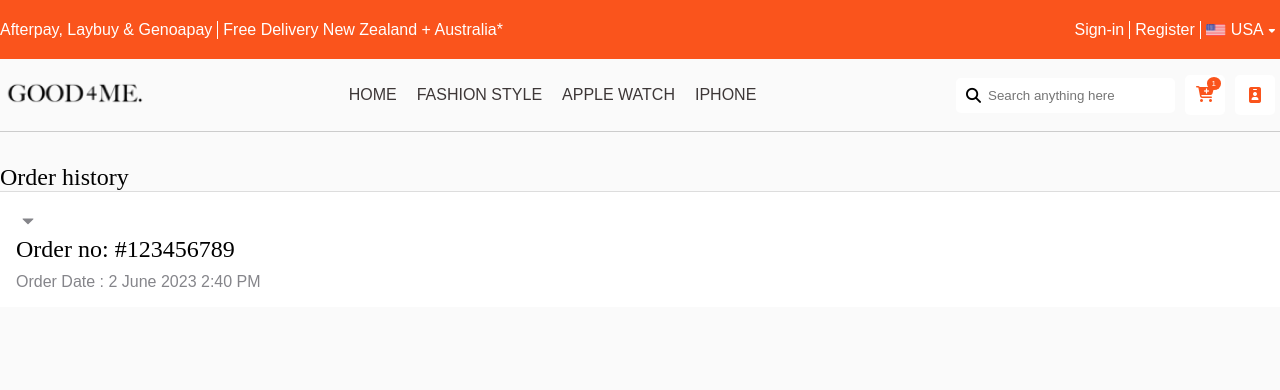
Repository: Ngoc28/Shoppe-web
Page: html/history.html
The author's editor kept a copy of each file at every save. The page is drawn from the files as they stood at one save, then again after the next save.
The browser window is 1280 px wide. The pictures show the whole page.
Some web fonts or font styles are not loaded; a fallback is used.

Above is the page before, as saved 2023-08-08 22:50:14.

### html/history.html
<!DOCTYPE html>
<html lang="en">
<head>
    <meta charset="UTF-8">
    <meta name="viewport" content="width=device-width, initial-scale=1.0">
    <title>Order History</title><link rel="stylesheet" href="../accest/css/base.css">
    <link rel="stylesheet" href="../accest/css/history.css">
    <link rel="stylesheet" href="https://cdnjs.cloudflare.com/ajax/libs/font-awesome/6.4.2/css/all.min.css"
        integrity="sha512-z3gLpd7yknf1YoNbCzqRKc4qyor8gaKU1qmn+CShxbuBusANI9QpRohGBreCFkKxLhei6S9CQXFEbbKuqLg0DA=="
        crossorigin="anonymous" referrerpolicy="no-referrer" />
</head>
<body>
    <header>
        <div class="header-top">
            <div class="header-info wide">
                <div class="header-info-dis">
                    <p class="header-info-country">Afterpay, Laybuy & Genoapay</p>
                    <div class="boder-r"></div>
                    <p class="header-info-country">Free Delivery New Zealand + Australia*</p>
                </div>
                <div class="header-info-user">
                    <div class="header-authen">
                        <p class="btn-sign">Sign-in</p>
                        <div class="boder-r"></div>
                        <p class="btn-register">Register</p>
                        <div class="boder-r"></div>
                    </div>
                    <div class="header-contry">
                        <img src="../accest/image/co.png" alt="" width="20px" , height="12px">
                        <p class="btn-country">
                            USA
                            <i class="fa-solid fa-caret-down"></i>
                        </p>
                    </div>
                </div>
            </div>
        </div>
        <div class="header-bot">
            <div class="header-nav wide">
                <div class="header-logo">
                    <img src="../accest/image/Logo_-_Good4Me_140x 1.png" alt="">
                </div>
                <div class="header-navbar">
                    <ul class="nav-link">
                        <li class="nav-item"><a href="/index.html">Home</a></li>
                        <li class="nav-item"><a href="">Fashion style</a></li>
                        <li class="nav-item"><a href="#">Apple watch</a></li>
                        <li class="nav-item"><a href="">Iphone</a></li>
                    </ul>
                </div>
                <div class="header-choose">
                    <label for="search" class="header-search">
                        <i class="fa-solid fa-magnifying-glass"></i>
                        <input type="text" placeholder="Search anything here" id="search">
                    </label>
                    <div class="header-cart">
                        <a href="../html/cart.html"><i class="fa-solid fa-cart-plus"></i></a>

                        <div class="cart-number">
                            <span>1</span>
                        </div>
                    </div>
                    <div class="header-contact">
                        <i class="fa-solid fa-id-badge"></i>
                    </div>
                </div>
            </div>
        </div>
    </header>
    <div class="container wide">
        <div class="container-detail">
            <div class="container-heading">
                <p>Order history</p>
            </div>
            <div class="line"></div>
            <div class="container-block">
                <div class="container-order">
                    <div class="container-order-top">
                        <img src="../accest/image/icon.svg" alt="">
                        <p>Order no: #123456789</p>
                    </div>
                    <p>Order Date : 2 June 2023 2:40 PM </p>
                </div>
            </div>
        </div>
    </div>
</body>
</html>

### accest/css/base.css
@font-face{font-family:gilroy-bold;font-style:normal;font-weight:400;src:local('Gilroy-Bold'),url(https://fonts.cdnfonts.com/s/16219/Gilroy-Bold.woff) format('woff')}@font-face{font-family:gilroy-heavy;font-style:normal;font-weight:400;src:local('Gilroy-Heavy'),url(https://fonts.cdnfonts.com/s/16219/Gilroy-Heavy.woff) format('woff')}@font-face{font-family:gilroy-light;font-style:normal;font-weight:400;src:local('Gilroy-Light'),url(https://fonts.cdnfonts.com/s/16219/Gilroy-Light.woff) format('woff')}@font-face{font-family:gilroy-medium;font-style:normal;font-weight:400;src:local('Gilroy-Medium'),url(https://fonts.cdnfonts.com/s/16219/Gilroy-Medium.woff) format('woff')}@font-face{font-family:gilroy-regular;font-style:normal;font-weight:400;src:local('Gilroy-Regular'),url(https://fonts.cdnfonts.com/s/16219/Gilroy-Regular.woff) format('woff')}

*{
    padding: 0;
    margin: 0;
    box-sizing: border-box;
}

:root {
    --main-color: #FA541C;
    --footer-color: #FFF8F6;
    --white-color: #FFFF;
    --text-color: #3D3737;
    --gray-text:#85858A;
    --gray-background: #DDDDDD;
    --main-background: #FAFAFA;
}

.wide{
    width: 1280px;
}

html {
    font-family: gilroy-regular, sans-serif;
}

body {
    background: var(--main-background);
}
/* header */

.header-top {
    background: var(--main-color);
    display: flex;
    justify-content: center;
    align-items: center;
    width: 100%;
    height: 100%;
    height: 59px;
}

.header-info {
    display: flex;
    justify-content: space-between;
}

.header-info-dis {
    display: flex;
}

.header-info-country {
    font-size: 16px;
    font-weight: 300;
    color: var(--white-color);
}

.boder-r {
    border-right: 1px solid #fff;
    margin: 0 5px;
}

.header-authen {
    display: flex;
}

.header-info-user {
    display: flex;

}

.btn-sign,
.btn-register {
    border: none;
    background-color: var(--main-color);
    color: var(--white-color);
    font-size: 16px;
    font-weight: 200;
    cursor: pointer;
}


.header-contry {
    display: flex;
    align-items: center;
}

.btn-country {
    border: none;
    background: var(--main-color);
    color: var(--white-color);
    font-size: 16px;
    font-weight: 300;
    text-transform: uppercase;
    padding: 0 5px;
    display: flex;
    align-items: center;
    cursor: pointer;
}

.btn-country i {
    padding-left:5px ;
    font-size: 10px;
    color: var(--white-color);
}

/* NAVBAR */
.header-bot {
    display: flex;
    justify-content: center;
    /* margin: 0 auto; */
    width: 100%;
    /* height: 100%;      */
    border-bottom: 1px solid #ccc ;
    /* background: var(--gray-background); */
}

.header-logo img {
    object-fit: cover;
}

.header-nav {
    height: 72px;
    display: flex;
    align-items: center;
    justify-content: space-between;
}

.nav-link {
    display: flex;

}

.nav-item {
    list-style: none;
}

.nav-item a {
    text-decoration: none;
    color: var(--text-color);
    font-size: 16px;
    font-weight: 600px;
    padding: 0 10px;
    text-transform: uppercase;
}

.nav-item a:hover {
    color: var(--main-color);
}

.header-choose {
    display: flex;
    align-items: center;
    border-radius: 5px;

}

.header-search {
    background: var(--white-color);
    padding: 10px;
    display: flex;
    align-items: center;
    justify-content: center;
    border-radius: 5px;
    margin-right: 5px;
}

.header-search input {
    border: none;
    outline: none;

}

.header-search i {
    font-size: 15px;
    margin-right: 7px;
}

.header-cart,
.header-contact {
    background: var(--white-color);
    /* padding: 10px; */
    border-radius: 5px;
    margin: 0 5px;
    width: 40px;
    height: 40px;
    display: flex;
    justify-content: center;
    align-items: center;
    cursor: pointer;
}

.header-cart:hover,
.header-contact:hover {
    opacity: .8;
}

.header-cart {
    position: relative;
}

.header-cart i,
.header-contact i {
    color: var(--main-color);
}

.cart-number {
    position: absolute;
    top: -3px;
    right: 4px;
    z-index: 1;
    /* width: 30px;
    height: 30px; */
}
.cart-number span {
    padding: 2px 5px;
    font-size: 8px;
    border-radius: 50%;
    background: var(--main-color);
    color: var(--white-color);
}

/* product */

.component {
    display: flex;
    flex-direction: column;
    margin: 32px auto 0;
}

.product {
    margin: 32px 0;
    display: flex;
    flex-wrap: wrap;
    gap: 32px;
}


.product-item {
    background: var(--white-color);
    display: flex;
    padding: 10px;
    flex: 1;
    border-radius: 8px;
}

.product-info {
    display: flex;
    flex-direction: column;
    gap: 16px;
    margin: auto 0;
}

.product-img {
    margin-right: 10px;
}

.product-img img {
    object-fit: cover;
}

.product-info-title {
    display: flex;
    justify-content: space-between;
}

.product-info-title p {
    font-family: gilroy-medium;
    font-size: 16px;
}

.product-info-title button {
    border: none;
    background: #F6FFED;
    color: #389E0D;
    padding: 5px;
}

.product-info-text p {
    font-size: 16px;
}

.product-info-color {
    display: flex;
}

.product-info-color p {
    font-size: 16px;
    margin-right: 5px;
}

.product-choose-color {
    display: flex;
    background-color: var(--gray-background);
    border-radius: 6px;
    padding: 3px;
}

.product-choose-white{
    margin-right: 5px;
    padding: 1px 8px;
    background: var(--white-color);
    border-radius: 50%;
}

.product-choose-black{
    margin-right: 5px;
    padding: 1px 8px;
    background: #000;
    border-radius: 50%;
}

.product-choose-vio{
    margin-right: 5px;

    padding: 1px 8px ;
    background: #304A23;
    border-radius: 50%;
}

.product-choose-red{
    padding: 1px 8px;
    background: #AF0303;
    border-radius: 50%;
}

.product-info-status {
    display: flex;
}

.product-info-status p{
    font-size: 16px;
    color: var(--text-color);
    margin-right: 5px;
}

.product-info-status span {
    color: #389E0D;
}

.product-info-price {
    display: flex;
    justify-content: space-between;
    align-items: center;
}

.product-info-price span{
    font-family: gilroy-medium;
    font-size: 16px;
}

.add-cart {
    width: 130px;
    padding: 8px;
    color: var(--white-color);
    font-size: 16px;
    border: none;
    background-color: var(--main-color);
    border-radius: 3px;
    cursor: pointer;
}

.add-cart:hover {
    background-color: #ec5623;
}

.add-cart i {
    padding-right: 5px ;
}

/* footer */
footer {
    padding: 32px 0;
    background: var(--footer-color);
}


.footer-top {
    display: flex;
    gap: 40px;
    margin: 0 auto 32px;
}

.text {
    flex: 1;
    display: flex;
    flex-direction: column;
    gap: 16px;
}

.footer-logo img {
    object-fit: cover;
}


.footer-item p {
    font-family: gilroy-medium;
    font-size: 20px;
    text-transform: uppercase;
}

.text p {
    font-size: 16px;
}

.line-footer {
    width: 1280px;
    border-bottom: 1px solid var(--text-color);
    margin: 0 auto 32px;

}

.footer-bot {
    display: flex;
    justify-content: space-between;
    margin: 0 auto;
}

.footer-bot-text p {
    font-size: 16px;
}

.footer-bot-text p span {
    font-family: gilroy-medium;
    color: var(--main-color);
    text-transform: uppercase;
}

.footer-bot-social i{
    font-size: 15px;
    margin: 0 5px;
    cursor: pointer;
}

.footer-bot-social i:hover {
    color: #837e7e;
}

### accest/css/history.css
.container {
    margin: 0  auto;
}

.container-block {
    background: #FFFFFF;

}

.container-heading {
    margin: 32px 0 0;
}

.container-heading p {
    font-family: gilroy-medium;
    font-size: 24px;
}

.container-order {
    display: flex;
    flex-direction: column;
    gap: 10px;
    padding: 16px;
}

.container-order > p {
    font-size: 16px;
    color: #85858A;
}

.container-order img {
    object-fit: cover;
}

.container-order-top p {
    font-family: gilroy-medium;
    font-size: 24px;
}

.line {
    border-bottom: 1px solid #ddd;
}

After the next save:
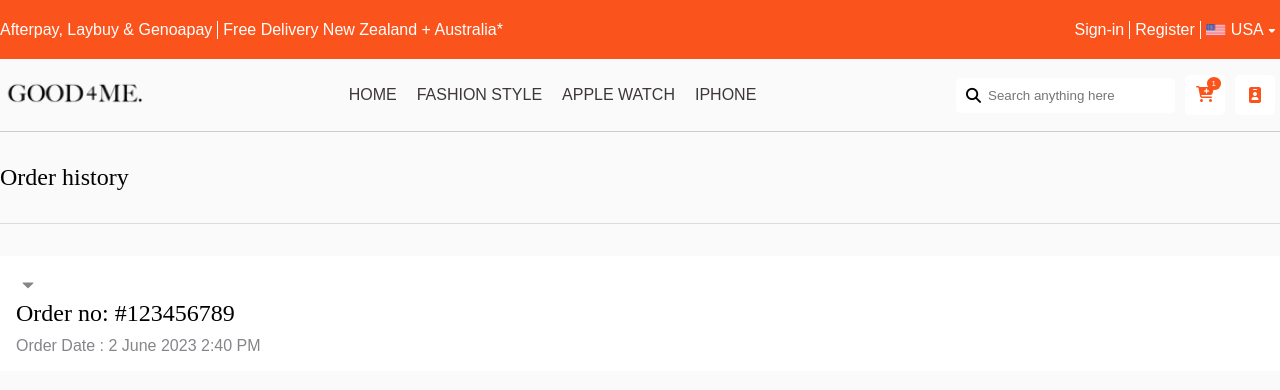
Saved 8 s later.
--- a/accest/css/history.css
+++ b/accest/css/history.css
@@ -39,4 +39,5 @@
 
 .line {
     border-bottom: 1px solid #ddd;
+    margin: 32px 0;
 }
